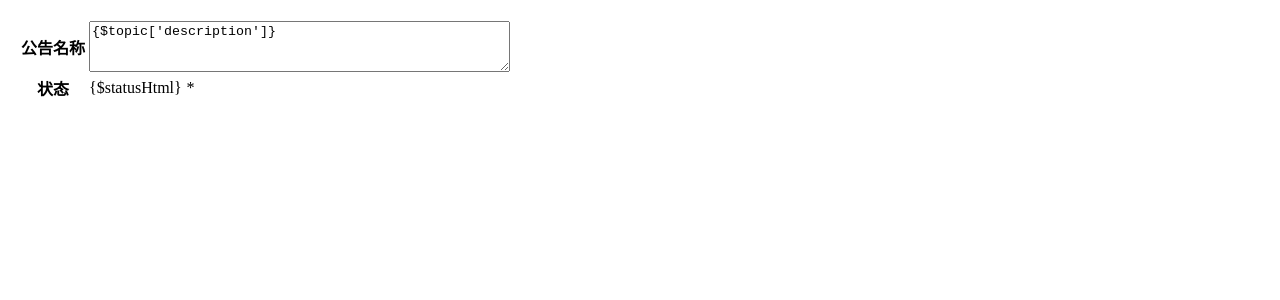
Repository: pridewu/hipi
Page: Education_dev_platform/branches/v1/Application/System/View/v1/Notice/edit.html
The author's editor kept a copy of each file at every save. The page is drawn from the files as they stood at one save, then again after the next save.
The browser window is 1280 px wide. The pictures show the whole page.

Above is the page before, as saved 2014-12-03 10:34:32.

After the next save:
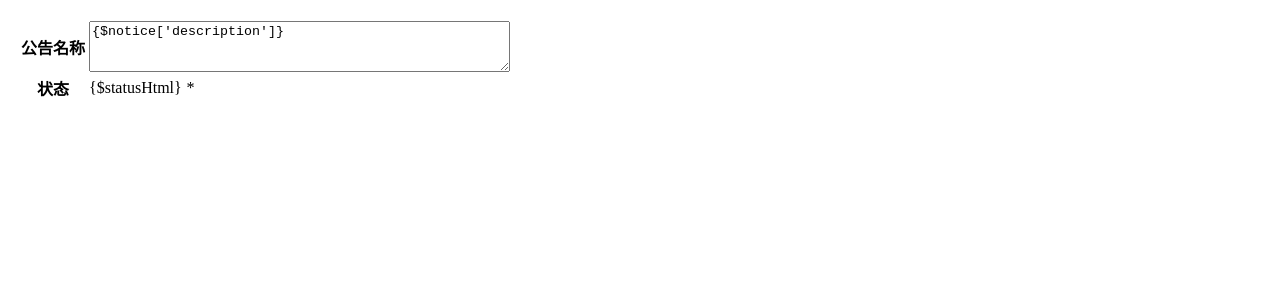
Saved 117 s later.
--- a/Education_dev_platform/branches/v1/Application/System/View/v1/Notice/edit.html
+++ b/Education_dev_platform/branches/v1/Application/System/View/v1/Notice/edit.html
@@ -4,8 +4,8 @@
 	<tr>
 		<th>公告名称</th>
 		<td>
-			<input type="hidden" id="id" name="id" value="{$topic['id']}"/>
-			<textarea name="description" id="description" cols="50" rows="3">{$topic['description']}</textarea>
+			<input type="hidden" id="id" name="id" value="{$notice['id']}"/>
+			<textarea name="description" id="description" cols="50" rows="3">{$notice['description']}</textarea>
 		</td>
 	</tr>
 
